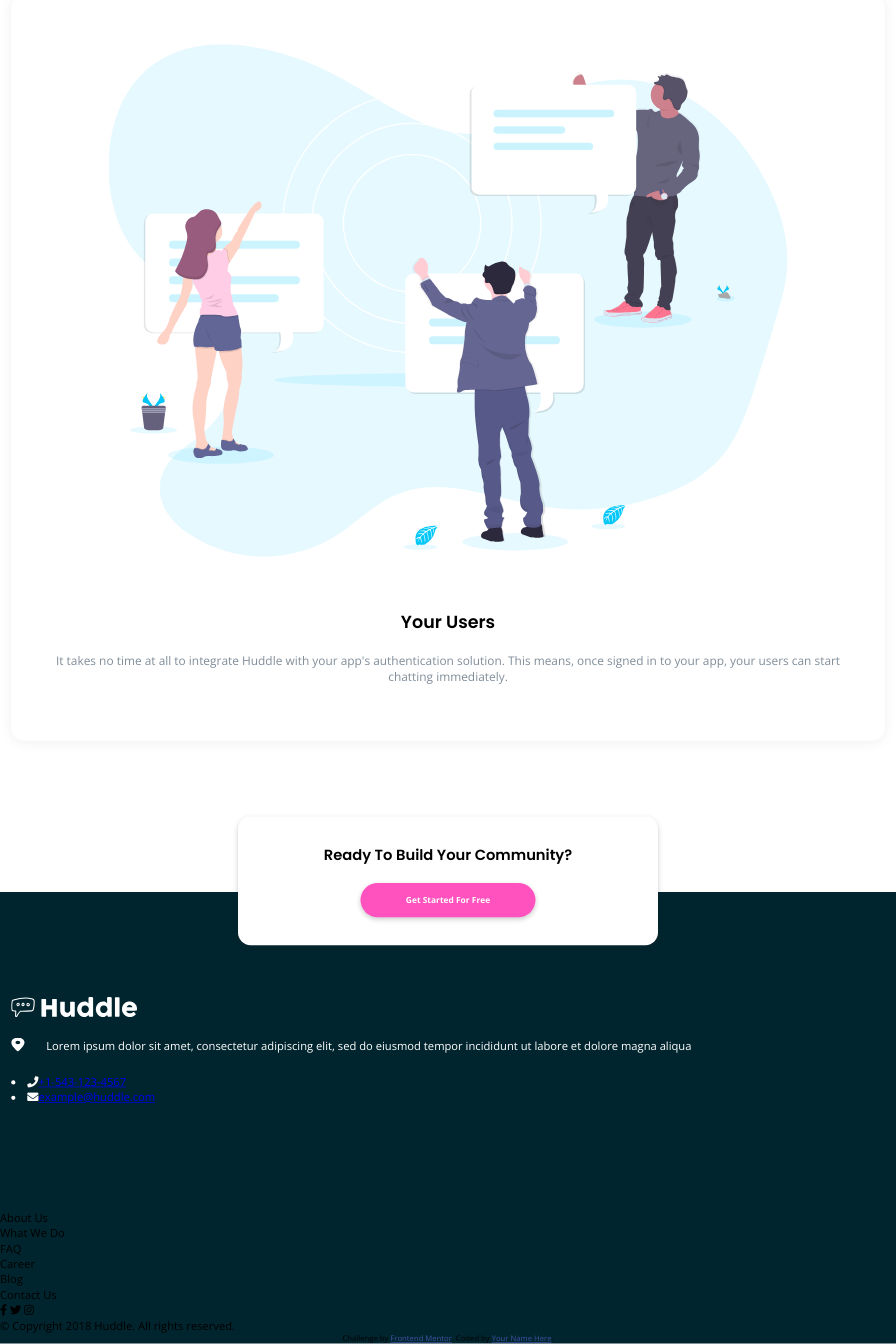
Repository: DejV44/Huddle-landing-page
Page: index.html
These files come from the project's save history. The page is drawn as it stood at one moment and after the next save; the edit follows.
The browser window is 1280 px wide. The pictures show the part of the page from y = 3585 to 5505 px (the page is 5505 px tall), at 70% of full size.
The style sheet was rebuilt from its Sass, Less or Tailwind sources for each picture, by a compiler version that may differ from the author's.

Above is the page before, as saved 2021-08-20 11:27:27.

After the next save:
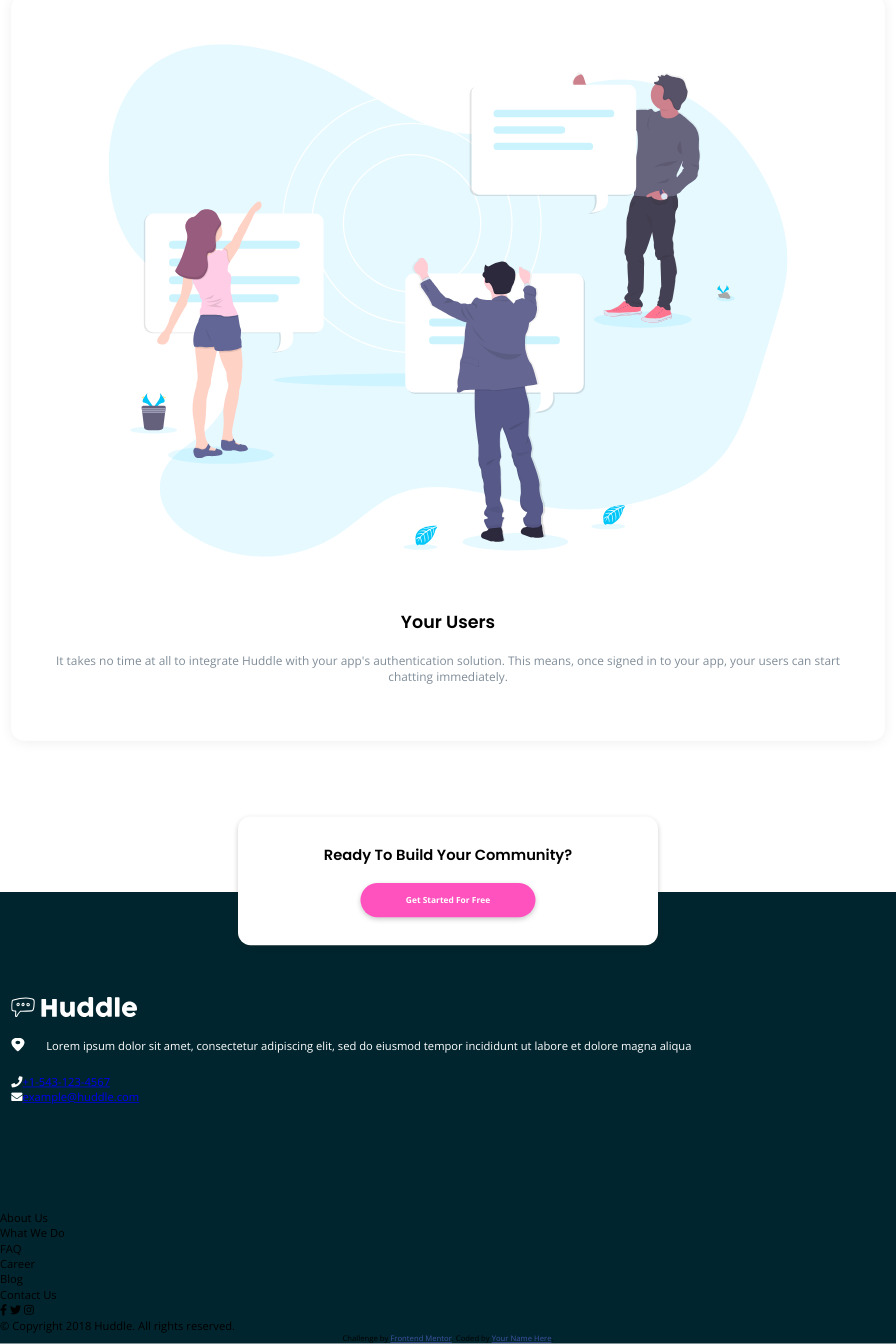
Saved 59 s later.
--- a/css/_footer.scss
+++ b/css/_footer.scss
@@ -21,14 +21,13 @@ footer {
               }
          }
 
-         ul {
-             list-style: none;
-             li {
-                 list-style: none;
-             }
-         }
-     }
+
+        li {
+            list-style: none;
+        }
+    }
 }
+
 
 
 
